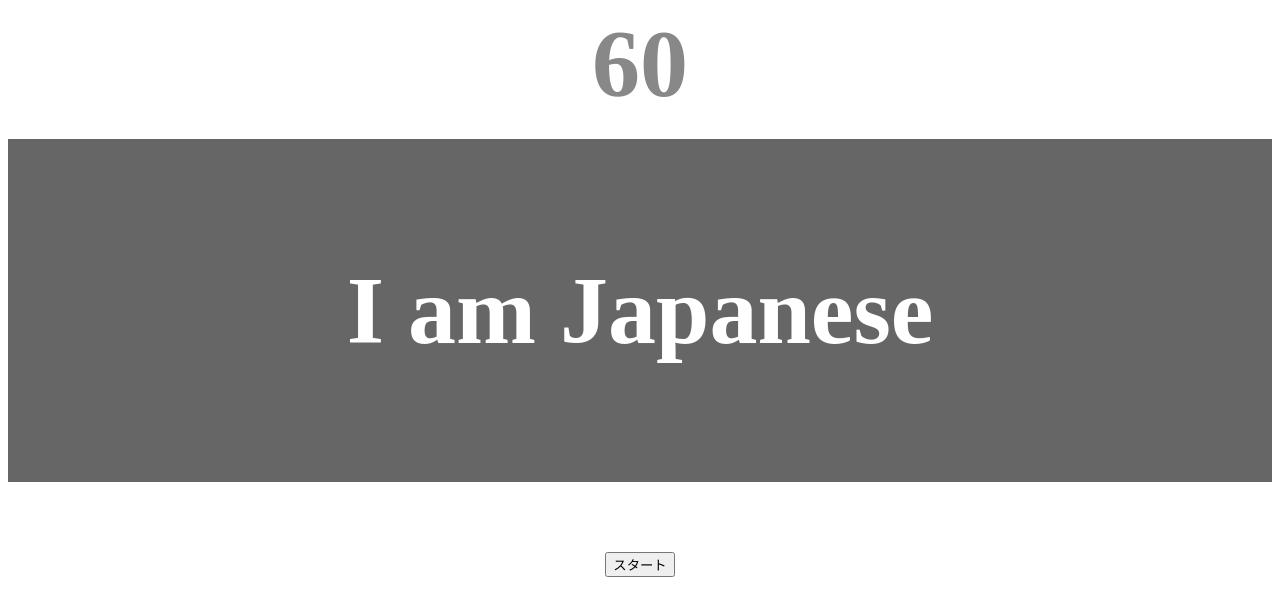
Repository: Kwd10104oj3/Samurai_JS
Page: index.html
The author's editor kept a record of every edit. The page is drawn from the files as they stood at one moment, then again after the next edit.
The browser window is 1280 px wide. The pictures show the whole page.
After loading, the first visible `#start` was clicked once.

Above is the page before.

After the next edit:
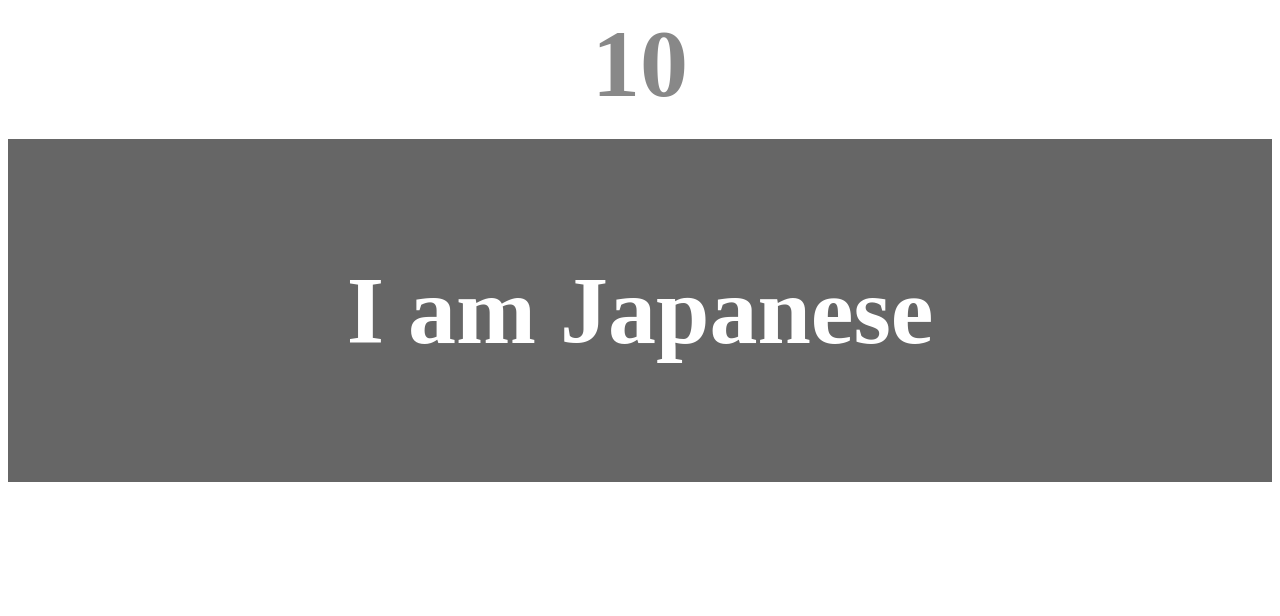
The edit:
--- a/index.html
+++ b/index.html
@@ -1,27 +1,30 @@
-<!DOCTYPE html>
-<html lang="jp">
+<!doctype html>
+<html>
+
 <head>
-    <meta charset="UTF-8">
-    <meta name="viewport" content="width=device-width, initial-scale=1.0">
-    <meta http-equiv="X-UA-Compatible" content="ie=edge">
+    <meta charset="utf-8" />
     <title>タイピングアプリ</title>
+    <!--<link rel="shortcut icon" href=""> -->
     <style>
-        body{
-            font-size:6em;
-            text-align:center;
+        body {
+            font-size: 6em;
+            text-align: center;
         }
-        #count{
-            margin:0;
-            font-weight:bold;
+
+        #count {
+            margin: 0;
+            font-weight: bold;
             color: #888;
         }
-        #wrap{
-            margin-top:20px;
-            padding:20px 10px;
+
+        #wrap {
+            margin-top: 20px;
+            padding: 20px 10px;
             background-color: #666;
             font-weight: bold;
             color: #fff;
         }
+
         span {
             transition: all 300ms 0s ease;
         }
@@ -32,6 +35,7 @@
         }
     </style>
 </head>
+
 <body>
     <p id="count">60</p>
     <div id="wrap">
@@ -39,49 +43,81 @@
     </div>
     <button id="start">スタート</button>
     <script>
-        const wrap=document.getElementById('wrap');
-        const start=document.getElementById('start');
-        const textLists=[
-          'Hello World','This is my App','How are you?',
-          'Today is sunny','I love JavaScript!','Good morning',
-          'I am Japanese','Let it be','Samurai',
-          'Typing Game','Information Technology',
-          'I want to be a programmer','What day is today?',
-          'I want to build a web app','Nice to meet you',
-          'Chrome Firefox Edge Safari','machine learning',
-          'Brendan Eich','John Resig','React Vue Angular',
-          'Netscape Communications','undefined null NaN',
-          'Thank you very much','Google Apple Facebook Amazon',
-          'ECMAScript','console.log','for while if switch',
-          'var let const','Windows Mac Linux iOS Android',
-          'programming'
+        let score = 0;
+        const wrap = document.getElementById('wrap');
+        const start = document.getElementById('start');
+        const textLists = [
+            'Hello World', 'This is my App', 'How are you?',
+            'Today is sunny', 'I love JavaScript!', 'Good morning',
+            'I am Japanese', 'Let it be', 'Samurai',
+            'Typing Game', 'Information Technology',
+            'I want to be a programmer', 'What day is today?',
+            'I want to build a web app', 'Nice to meet you',
+            'Chrome Firefox Edge Safari', 'machine learning',
+            'Brendan Eich', 'John Resig', 'React Vue Angular',
+            'Netscape Communications', 'undefined null NaN',
+            'Thank you very much', 'Google Apple Facebook Amazon',
+            'ECMAScript', 'console.log', 'for while if switch',
+            'var let const', 'Windows Mac Linux iOS Android',
+            'programming'
         ];
         let checkTexts = [];
-        const createText=()=>{
-            const p=document.getElementById('text');
-            const rnd=Math.floor(Math.random()*textLists.length);
-            p.textContent='';
-            checkTexts=textLists[rnd].split('').map(value => {
-                const span=document.createElement('span');
-                span.textContent=value;
+        const createText = () => {
+            const p = document.getElementById('text');
+            const rnd = Math.floor(Math.random() * textLists.length);
+            p.textContent = '';
+            checkTexts = textLists[rnd].split('').map(value => {
+                const span = document.createElement('span');
+                span.textContent = value;
                 p.appendChild(span);
                 return span;
             });
-        };
-        const keyDown=e=>{
-            if(e.key === checkTexts[0].textContent) {
+        }
+        const keyDown = e => {
+            if (e.key === checkTexts[0].textContent) {
                 checkTexts[0].className = 'add-color';
                 checkTexts.shift();
-                if(!checkTexts.length) createText();
+                score++;
+                if (!checkTexts.length) createText();
+            } else if (e.key === 'Shift') {
+                wrap.style.backgroundColor = '#666';
+            } else {
+                wrap.style.backgroundColor = 'red';
             }
+        }
+        const rankCheck = score => {
+            let text = '';
+            if (score < 100) {
+                text = `あなたのランクはＣです。\nＢランクまであと${100 - score}文字です。`;
+            } else if (score < 200) {
+                text = `あなたのランクはＢです。\nＡランクまであと${200 - score}文字です。`;
+            } else if (score < 300) {
+                text = `あなたのランクはＡです。\nＳランクまであと${300 - score}文字です。`;
+            } else if (score >= 300) {
+                text = `あなたのランクはＳです。\nおめでとうございます！`;
+            }
+            return `${score}文字打てました！\n${text}\n【OK】リトライ／【キャンセル】終了`;
         };
-        const rankCheck=rank=>{};
-        const gameOver=id=>{};
-        const timer=()=>{};
-        start.addEventListener('click',()=>{
+        const gameOver = id => {
+            clearInterval(id);
+            const result = confirm(rankCheck(score));
+            if (result) window.location.reload();
+        }
+        const timer = () => {
+            let time = 10;
+            const count = document.getElementById('count');
+            const id = setInterval(() => {
+                if (time <= 0) gameOver(id);
+                count.textContent = time--;
+            }, 1000)
+        }
+        start.addEventListener('click', () => {
+            timer();
             createText();
-            document.addEventListener('keyDown',keyDown);
-        });
+            start.style.display = 'none';
+            document.addEventListener('keydown', keyDown);
+        })
     </script>
 </body>
+
 </html>
